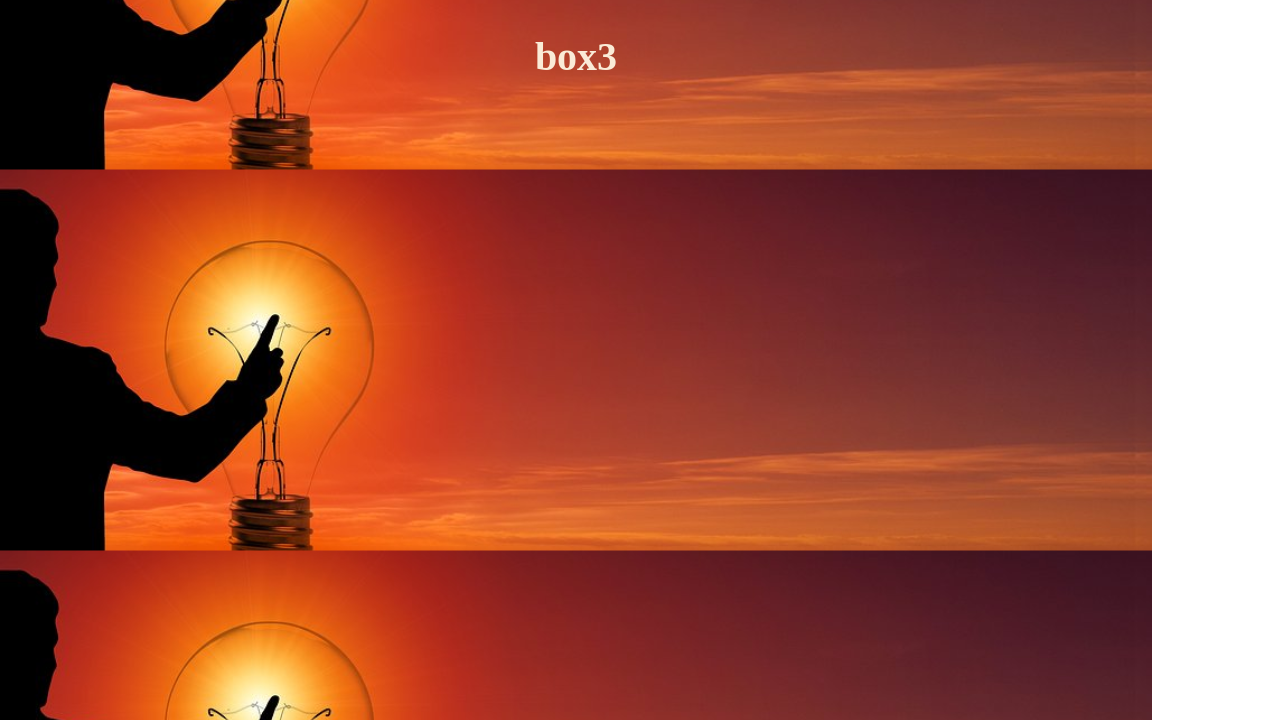
Repository: NavinDayanithi/static-web-design-competition
Page: index.html
These files come from the project's save history. The page is drawn as it stood at one moment and after the next save; the edit follows.
The browser window is 1280 px wide. The pictures show the part of the page from y = 1520 to 2240 px (the page is 2240 px tall).
Backgrounds fixed to the window are drawn as part of the page.

Above is the page before, as saved 2023-04-28 20:17:48.

### index.html
<!DOCTYPE html>
<html lang="en">
<head>
  <title>POWERING CLIMATE </title>
  <link rel="stylesheet" href="styles.css">
</head>
<body>
    <h1 >POWERING A CLIMATE FOR SAFER FUTURE</h1>
    <div class="box1">
        <h2>Renewable energy sources</h2>
    </div>
    <div class="box2">
        <h2>box2</h2>
    </div>
    <div class="box3">
        <h2>box3</h2>
    </div>
</body>
</html>

### styles.css

h1
{
    text-align:center;
    color:rgb(19, 20, 20);
    background-color: rgb(181, 191, 195);

}
h2{
    text-align: center;
    color: antiquewhite;
    font-size:40px;
}

 body{
    margin: 0;
    padding: 0;
    /* background-color: blue; */
}
head{
    text-align: center;
}

.box1{
    height: 100vh;
    width:100%;
    background-image: url(img1.jpg);
    background-size: cover;
    background-position: center;
    display: table;
    background-attachment: fixed;
}

.box2{
    height: 100vh;
    width:100%;
    background-image: url(img2.png);
    background-size: cover;
    background-position: center;
    display: table;
    background-attachment: fixed;
}

.box3{
    height: 100vh;
    width:90%;
    background-image: url(img3.jpg);
    background-size:contain;
    background-position: center;
    display: table;
    background-attachment: fixed;
    background-repeat: ;
}

After the next save:
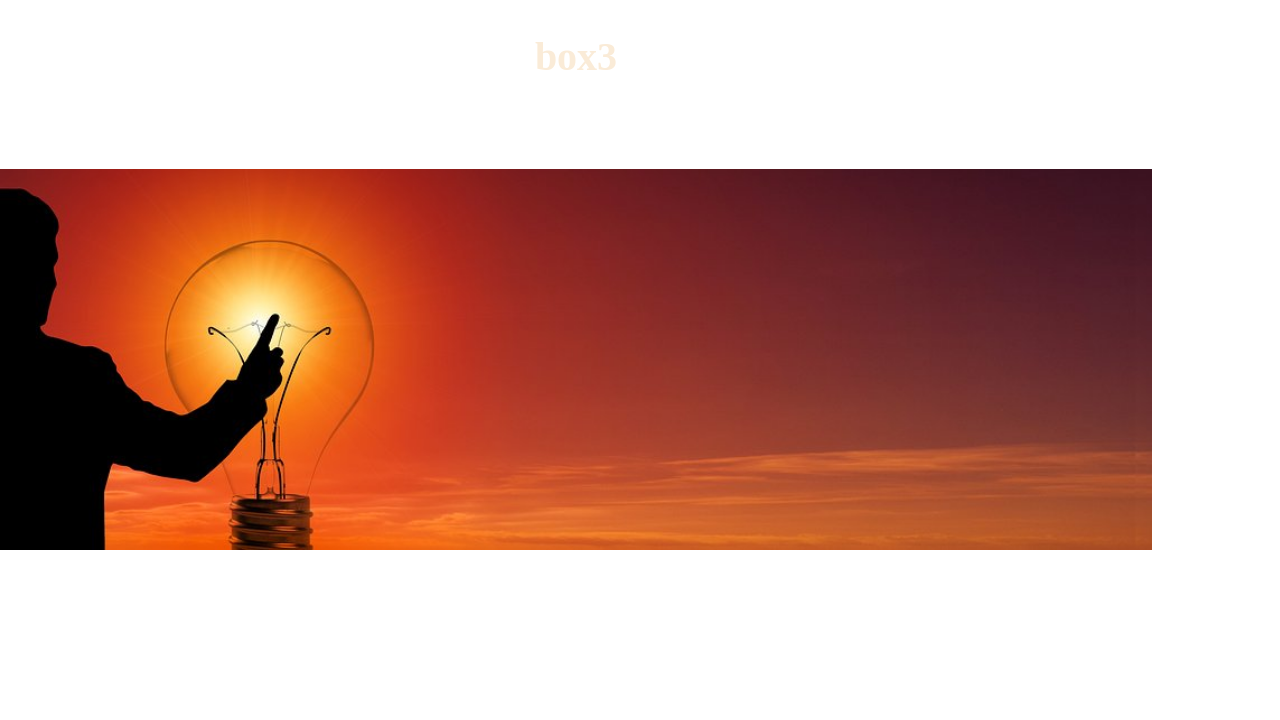
Saved 4 s later.
--- a/styles.css
+++ b/styles.css
@@ -49,5 +49,5 @@ head{
     background-position: center;
     display: table;
     background-attachment: fixed;
-    background-repeat: ;
+    background-repeat: no-repeat;
 }
